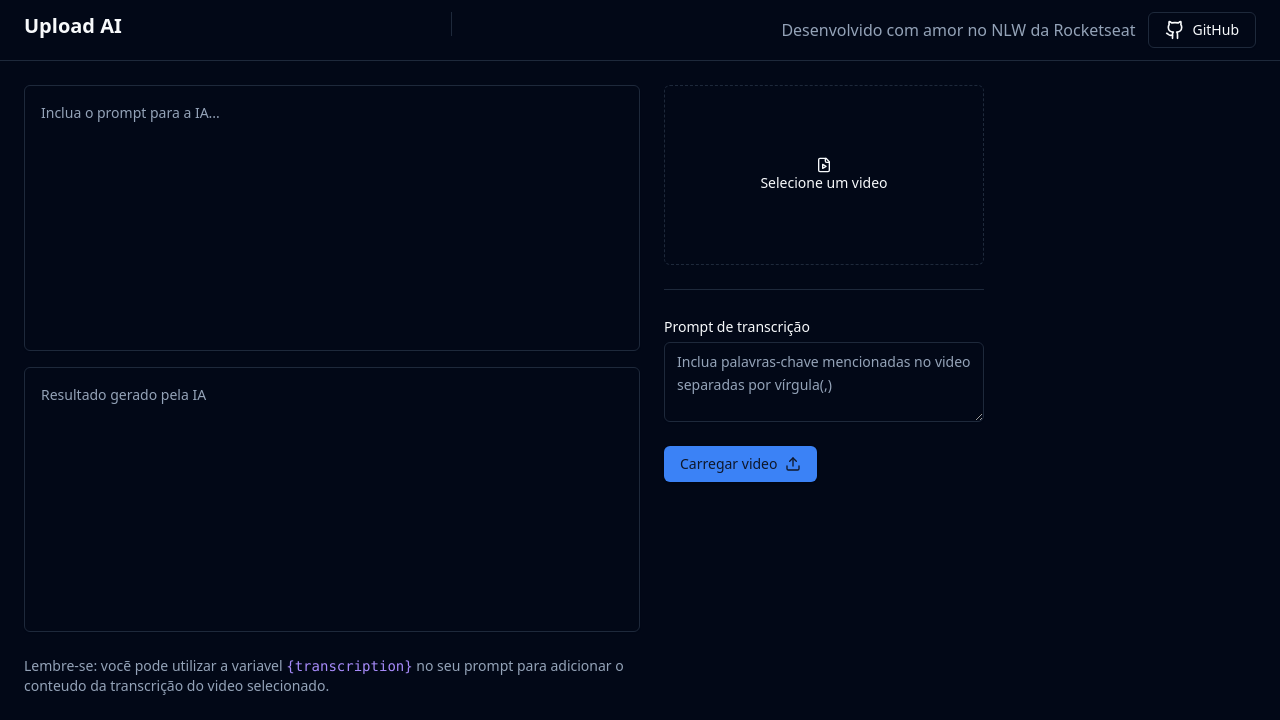
Repository: brksaian/nlw-2023-IA
Page: /
The author's editor kept a copy of each file at every save. The page is drawn from the files as they stood at one save, then again after the next save.
The browser window is 1280 px wide. The pictures show the whole page.
The project was rebuilt for these pictures with package versions that can differ from the ones it lists, and the page was loaded fresh each time. Also part of the build but not shown: vite.config.ts.

Above is the page before, as saved 2023-09-12 22:35:41.

After the next save:
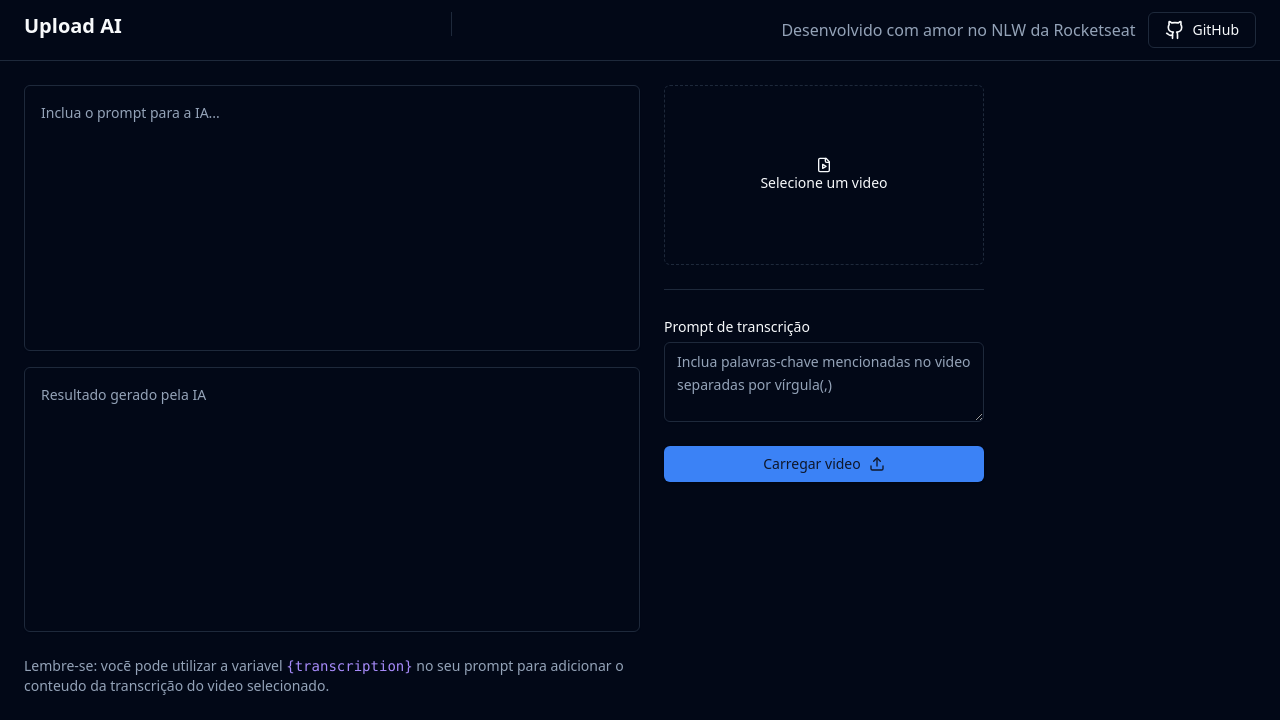
Saved 15 s later.
--- a/src/App.tsx
+++ b/src/App.tsx
@@ -72,7 +72,7 @@ export function App() {
               />
             </div>
 
-            <Button>
+            <Button className="w-full">
               Carregar video
               <Upload className="w-4 h-4 ml-2" />
             </Button>
